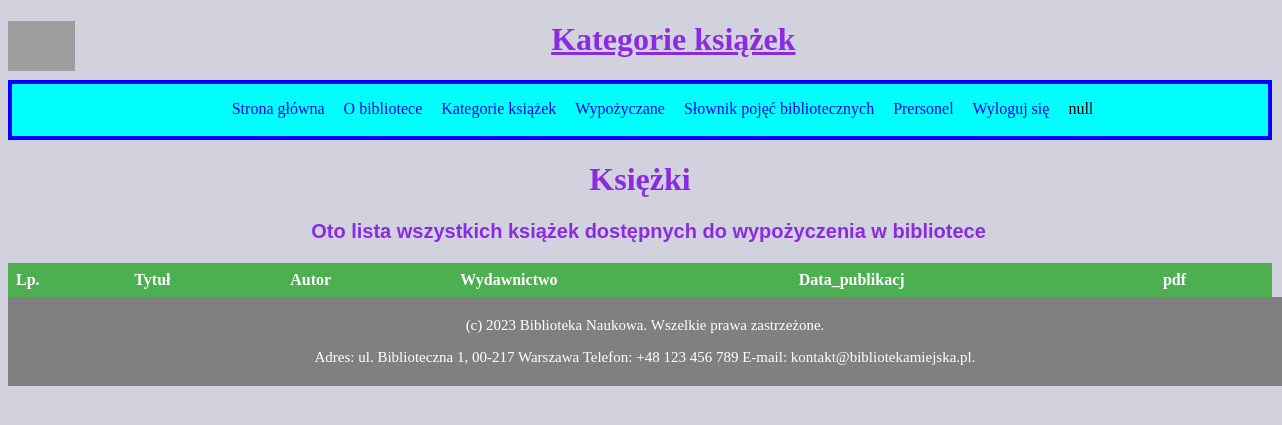
Repository: Dominik098/projekt
Page: http://localhost/biblioteka/C_Kategorie książek.jsp
An editor plug-in stored every save of this project. The page is shown before and after the next save, followed by the edit.
The browser window is 1280 px wide. The page is 1282 px wide, so the pictures cover 1282 px, including what lies to the right of the window. The pictures show the whole page.
Pictures or frames that could not be fetched are drawn as grey boxes. The page is served by Tomcat 9. Queries for data that is not in the repository find no rows.

Above is the page before, as saved 2023-04-24 09:40:45.

After the next save:
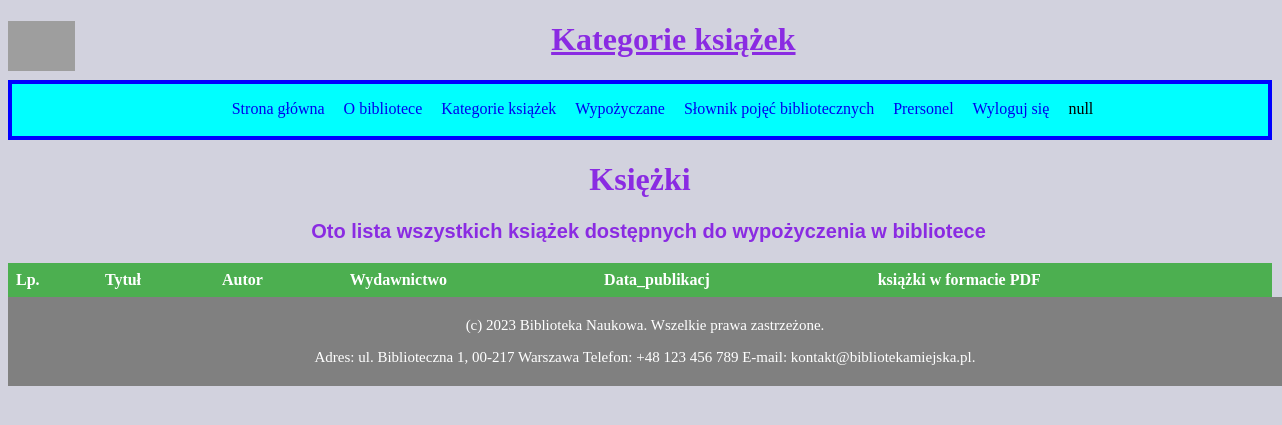
Saved 112 s later.
--- a/java projekt/biblioteka/src/main/webapp/C_Kategorie książek.jsp
+++ b/java projekt/biblioteka/src/main/webapp/C_Kategorie książek.jsp
@@ -56,7 +56,7 @@
         <th>Autor</th>
         <th>Wydawnictwo</th>
         <th>Data_publikacj</th>
-        <th>pdf</th>
+        <th>książki w formacie PDF</th>
 
 
     </tr>
